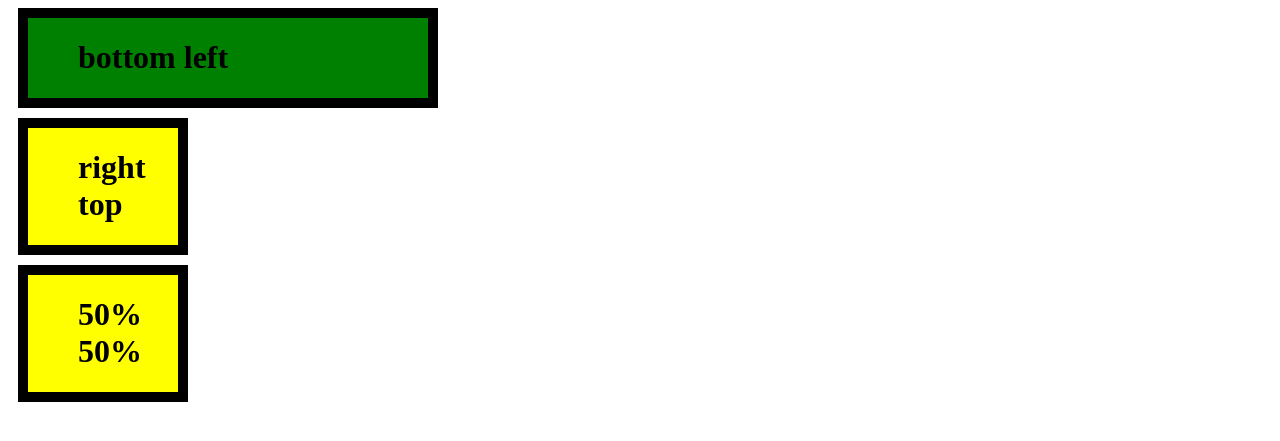
Repository: antonio63j/misNotas
Page: software/CSS/Demos/aptana_proyect/src/absoluto.html
These files come from the project's save history. The page is drawn as it stood at one moment and after the next save; the edit follows.
The browser window is 1280 px wide. The pictures show the whole page.

Above is the page before, as saved 2017-04-23 16:05:48.

After the next save:
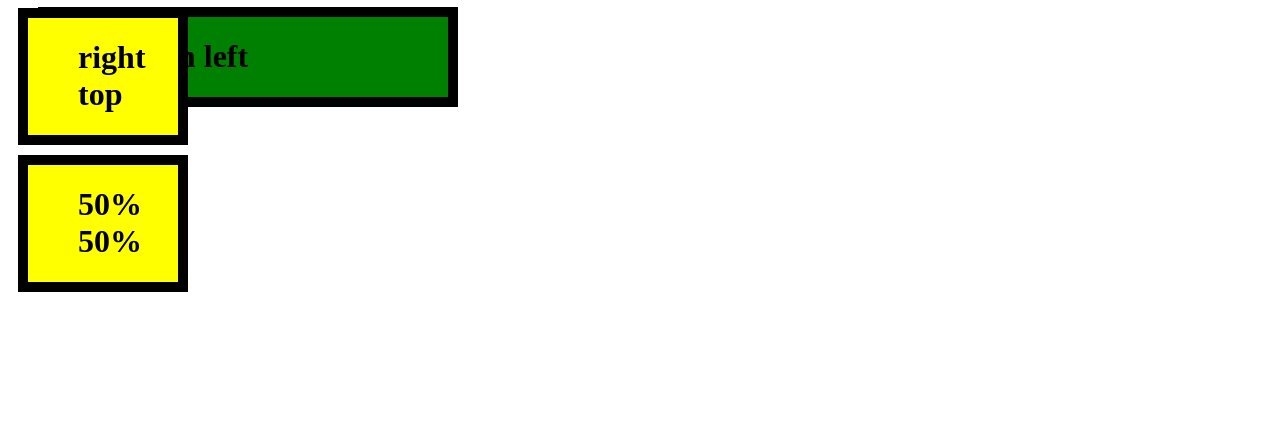
Saved 114 s later.
--- a/software/CSS/Demos/aptana_proyect/src/absoluto.html
+++ b/software/CSS/Demos/aptana_proyect/src/absoluto.html
@@ -19,7 +19,7 @@
 }
 
 #caja1 {
-  position:static;
+  position:relative;
   bottom:1px;
   left:20px;
   width: 300px;
@@ -33,7 +33,7 @@
 }
 
 #caja2 {
-  position:static;
+  position:relative;
   top:-110px;
   width: 50px;
   padding-left:  50px;
@@ -46,7 +46,7 @@
 }
 
 #caja3 {
-  position:static;
+  position:relative;
   top:-110px;
   width: 50px;
   padding-left:  50px;
